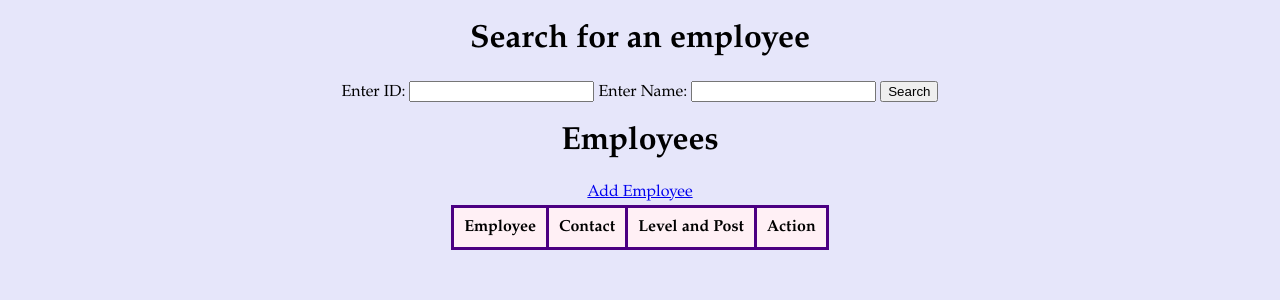
Repository: P9-Analyst-Java/employee-management-abhishekdatta12
Page: http://localhost/spring-expense-tracker/WEB-INF/views/home.jsp
These files come from the project's save history. The page is drawn as it stood at one moment and after the next save; the edit follows.
The browser window is 1280 px wide. The pictures show the whole page.
The page is served by Tomcat 9. Nobody is signed in. Other server files are loaded and not shown. The template is opened directly, without the code that normally fills it, so the values that code supplies are empty.

Above is the page before, as saved 2023-02-21 05:23:58.

### spring-portal/spring-expense-tracker/src/main/webapp/WEB-INF/views/home.jsp
<%@ page language="java" isELIgnored="false" contentType="text/html; charset=ISO-8859-1"
    pageEncoding="UTF-8"%>
<%@ taglib prefix="c" uri="http://java.sun.com/jsp/jstl/core"%>
<%@ taglib prefix="form" uri="http://www.springframework.org/tags/form" %>
<c:set var="contextRoot" value="${pageContext.request.contextPath}"/>
<!DOCTYPE html>
<html>
<head>
<style type="text/css">
body{
	font-family: garamond;
	font-size: 16px;
	text-align: center;
	background-color: lavender;
}
div{
	text-align: center;
	align-items: center;
	align-content: center;
}

table, th, td{

	text-align: center;
	border: 3px solid indigo;
	border-collapse: collapse;
	padding: 3px;
	margin: 3px;
}
table{
	margin-left: auto;
  	margin-right: auto;
  	background-color: lavenderblush;
}
td{
text-align: center;
background-color: lightcyan;
}
th, td{
	padding: 10px;
}
</style>
<meta charset="ISO-8859-1">
<title>Home</title>
</head>
<body>
	<h1>Search for an employee</h1>

	<form action="${contextRoot}/search" method="post">
	Enter ID: <input  name="id"/>
	Enter Name: <input name="name"/>
	<button type="submit">Search</button>
	</form>

	<h1>Employees</h1>
	<div>
	<a href="${contextRoot}/employee">Add Employee</a>
	<table>
	<tr>
	<th>Employee</th>
	<th>Contact</th>
	<th>Level and Post</th>
	<th>Action</th>
	<!-- <th>Last Name</th>
	<th>Gender</th>
	<th>Date Of Birth</th>
	<th>PAN Card Number</th>
	<th>Aadhaar Number</th>
	<th>Mobile Number</th>
	<th>Email ID</th>
	<th>Office Mail</th>
	<th>Permanent Address</th>
	<th>Present Address</th>
	<th>Blood Group</th>
	<th>Profile Picture</th>
	<th>Date of Joining</th>
	<th>Employee Level</th>
	<th>Post Name</th>
	<th>Basic Pay</th>
	<th>House Allowance</th>
	<th>Edit</th>
	<th>Delete</th>-->
	</tr>
	<c:forEach var="employee" items="${employees}">
		<tr>
			<td>${employee.firstName}&nbsp;${employee.lastName}<br/>#${employee.id}</td>

			<td>${employee.mobileNum}<br/>${employee.emailId}</td>

			<td>${employee.empLevel}/<br/>${employee.postName}</td>

			<td><a href="">Employments</a>/<a href="${contextRoot}/employee/${employee.id}">Edit</a>/<a href="${contextRoot}/${employee.id}">Delete</a></td>
			<!-- <td>${employee.id}</td>
			<td>${employee.firstName}</td>
			<td>${employee.lastName}</td>
			<td>${employee.gender}</td>
			<td>${employee.dob}</td>
			<td>${employee.panNum}</td>
			<td>${employee.aadhaarNum}</td>
			<td>${employee.mobileNum}</td>
			<td>${employee.emailId}</td>
			<td>${employee.officeMail}</td>
			<td>${employee.permanentAddress}</td>
			<td>${employee.presentAddress}</td>
			<td>${employee.bloodGroup}</td>
			<td>${employee.profilePict}</td>
			<td>${employee.doj}</td>
			<td>${employee.empLevel}</td>
			<td>${employee.postName}</td>
			<td>${employee.basicPay}</td>
			<td>${employee.houseAllowance}</td>
			<td><a href="${contextRoot}/employee/${employee.id}">Edit</a></td>
			<td><a href="${contextRoot}/${employee.id}">Delete</a></td>-->
		</tr>
	</c:forEach>
	</table>
	</div>
</body>
</html>

After the next save:
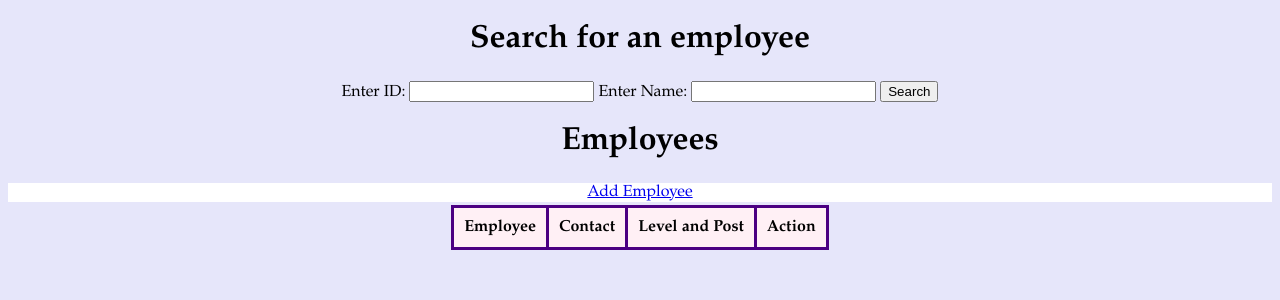
Saved 2 min 23 s later.
--- a/spring-portal/spring-expense-tracker/src/main/webapp/WEB-INF/views/home.jsp
+++ b/spring-portal/spring-expense-tracker/src/main/webapp/WEB-INF/views/home.jsp
@@ -14,9 +14,7 @@ body{
 	background-color: lavender;
 }
 div{
-	text-align: center;
-	align-items: center;
-	align-content: center;
+	background-color: white;
 }
 
 table, th, td{
@@ -55,6 +53,7 @@ th, td{
 	<h1>Employees</h1>
 	<div>
 	<a href="${contextRoot}/employee">Add Employee</a>
+	</div>
 	<table>
 	<tr>
 	<th>Employee</th>
@@ -114,6 +113,6 @@ th, td{
 		</tr>
 	</c:forEach>
 	</table>
-	</div>
+
 </body>
 </html>
